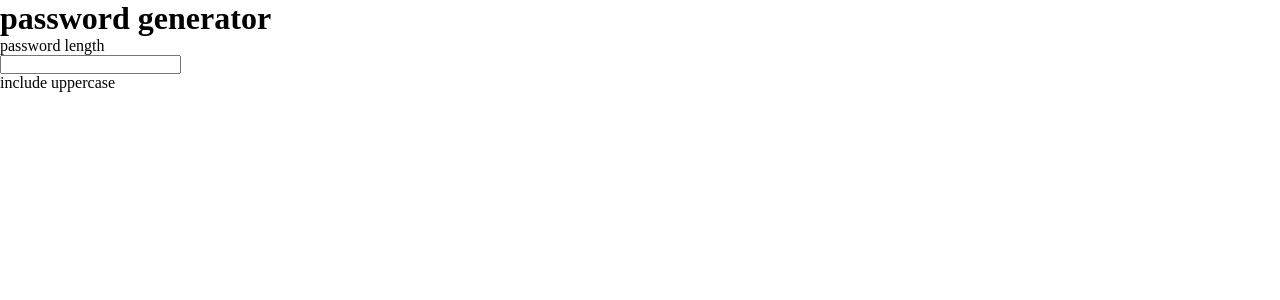
Repository: Eugene44-hub/password-generator
Page: index.html
These files come from the project's save history. The page is drawn as it stood at one moment and after the next save; the edit follows.
The browser window is 1280 px wide. The pictures show the whole page.

Above is the page before, as saved 2021-09-23 10:16:27.

### index.html
<!DOCTYPE html>
<html lang="en">

<head>
    <meta charset="UTF-8">
    <meta http-equiv="X-UA-Compatible" content="IE=edge">
    <meta name="viewport" content="width=device-width, initial-scale=1.0">
    <title>Document</title>
    <link rel="stylesheet" href="style.css">
</head>

<body>
    <div class="passwordGenerator">
        <h1>password generator</h1>
        <div class="password">

        </div>
        <div class="select-options">
            <p>password length</p>
            <input type="number">
            <p>include uppercase</p>
        </div>
    </div>
    <script src="app.js"></script>
</body>

</html>

</html>

### app.js
// document.querySelector('.password').addEventListener('', e => {})
// console.log(String.fromCharCode())

const person = {
    name: 'Eugene',
    type: true,
    greeting: 'Hello'
}
let x = [{ lower: true }, { upper: false }, { number: true }, { symbol: true }];

// const rand = {
//     lower: true,
//     upper: true,
//     number: false,
//     symbol: true,
// }

// const functName =
//     console.log()

Loaded but not shown: style.css (common file)

After the next save:
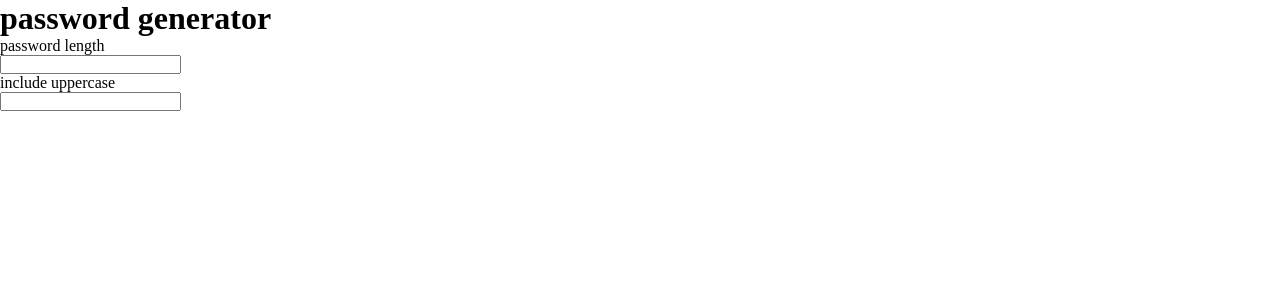
Saved 7 s later.
--- a/index.html
+++ b/index.html
@@ -18,7 +18,7 @@
         <div class="select-options">
             <p>password length</p>
             <input type="number">
-            <p>include uppercase</p>
+            <p>include uppercase</p><input type="text">
         </div>
     </div>
     <script src="app.js"></script>
